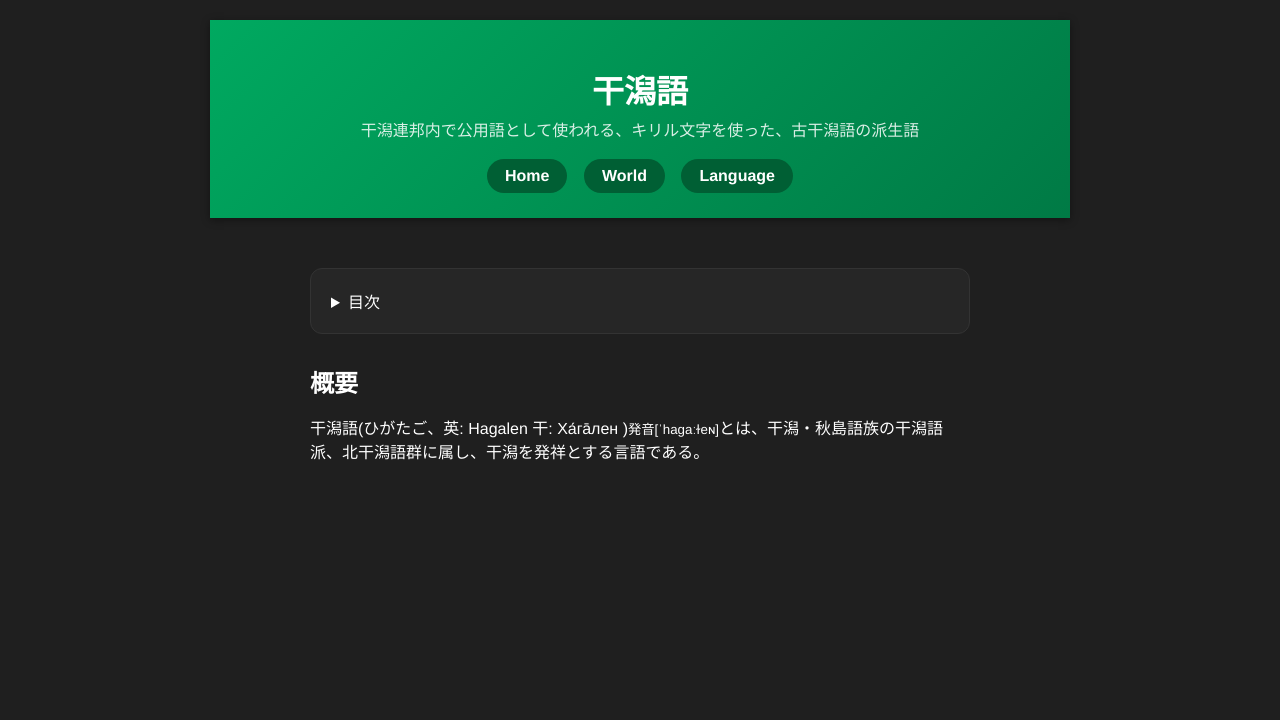
Repository: Player5270-antake/Player5270-antake.github.io
Page: language/hagalen/index.html
The author's editor kept a copy of each file at every save. The page is drawn from the files as they stood at one save, then again after the next save.
The browser window is 1280 px wide. The pictures show the whole page.

Above is the page before, as saved 2026-03-08 14:17:44.

### language/hagalen/index.html
<!DOCTYPE html>
<html lang="ja">
<head>
    <meta charset="UTF-8">
    <meta name="viewport" content="width=device-width, initial-scale=1.0">
    <title>干潟語 | あんたけのガレージセンター</title>
    <link rel="stylesheet" href="../../css/style.css">
</head>
<body>
    <div class="container">
        <header>
            <h1>干潟語</h1>
            <p>干潟連邦内で公用語として使われる、キリル文字を使った、古干潟語の派生語</p>
            <nav>
                <a href="../../">Home</a>
                <a href="../../world/">World</a>
                <a href="../">Language</a>
            </nav>
        </header>
        <main>
            <details class="toc">
                <summary>目次</summary>

                <ul>
                <li><a href="#overview">概要</a></li>
                <li><a href="#phonology">音韻</a></li>
                <li><a href="#writing">表記</a></li>
                <li><a href="#grammar">文法</a></li>
                <li><a href="#examples">例文</a></li>
                </ul>

                </details>
            <section class="overview">
                <h2>概要</h2>
                <p>干潟語(ひがたご、英: Hagalen 干: Ха́га̄лен )<small>発音[ˈhaɡaːɫeɴ]</small>とは、干潟・秋島語族の干潟語派、北干潟語群に属し、干潟を発祥とする言語である。</p>
            </section>
        </main>
    </div>
</body>
</html>

### css/style.css
/*全体設定*/
*{
    box-sizing:border-box;
}

body{
    background-color:#1f1f1f;
    color: white;
    font-family:'Helvetica Neue','Helvetica','Arial',sans-serif;
    margin:0;
}

html{
    scroll-behavior:smooth;
}

.container{
    max-width:900px;
    margin:0 auto;
    padding:20px;
}

/*ヘッダー設定*/
header{
    background: linear-gradient(135deg,#00a960,#007a45);
    padding:25px;
    text-align:center;
    position:sticky;
    top:0;
    z-index:1000;
    background:linear-gradient(135deg,#00a960,#007a45);
    box-shadow:0 2px 8px rgba(0,0,0,0.4);
}

header h1{
    margin-bottom:5px;
    font-size:32px;
}

header p{
    margin-top:0;
    opacity:0.85;
}

/*ヘッダーUI設定*/
nav{
    margin-top:18px;
}

nav a{
    text-decoration:none;
    color:white;
    background-color:#005f34;
    padding:8px 18px;
    margin:0 6px;
    border-radius:20px;
    font-weight:bold;
    display:inline-block;
}

nav a:hover{
    background-color:#004d2b;
    transform:translateY(-2px);
}

/*本文設定*/
main{
    padding:20px;
    margin-top:20px;
    max-width:700px;
    margin:auto;
}

section{
    margin-bottom:30px;
}

h2{
    margin-bottom:10px;
}

/*本文お知らせ設定*/
.news-list{
    list-style:none;
    padding:0;
    margin-top:10px;
}

.news-list li{
    background:#2a2a2a;
    padding:12px 15px;
    border-radius:8px;
    margin-bottom:10px;
}

.timeline time{
    font-weight:bold;
    color:#00d07a;
    min-width:100px;
}

.timeline li:hover{
    background:#2a2a2a;
}


/*本文UI設定*/
.cards{
    display:grid;
    grid-template-columns:repeat(auto-fit,minmax(250px,1fr));
    gap:20px;
    margin-top:15px;
}

.card{
    display:block;
    background:#2a2a2a;
    padding:20px;
    border-radius:12px;
    text-decoration:none;
    color:aliceblue;
    transition: transform 0.2s, background 0.2s;
    text-align:center;
    height:100%;
}


.card h3{
    margin-top:0;
    margin-bottom:8px;
}

.card:hover{
    background:#333;
    transform:translateY(-3px);
    box-shadow:0 6px 18px rgba(0,0,0,0.4);
}

.card-icon{
    font-size:28px;
    margin-bottom:8px;
}

/*フッター設定*/
footer{
    margin-top:40px;
    padding:25px;
    text-align:center;
    background:#181818;
    border-top:1px solid #333;
}

/*フッターUI設定*/
.footer-nav{
    margin-top:10px;
}

.footer-nav a{
    text-decoration:none;
    color:#aaa;
    margin:0 10px;
}

.footer-nav a:hover{
    color:white;
}

/*ページ目次欄*/
.toc{
    background:#262626;
    border:1px solid #333;
    border-radius:12px;
    padding:20px;
    margin:30px 0;
}

.toc h2{
    margin-top:0;
    margin-bottom:12px;
    font-size:20px;
}

.toc ul{
    list-style:none;
    padding:0;
    margin:0;
}

.toc li{
    margin:6px 0;
}

.toc a{
    display:block;
    padding:8px 10px;
    border-radius:6px;
    text-decoration:none;
    color:aliceblue;
    transition:0.2s;
}

.toc a:hover{
    background:#333;
    transform:translateX(4px);
}

.toc a::before{
    content:"▶ ";
    color:#888;
}

After the next save:
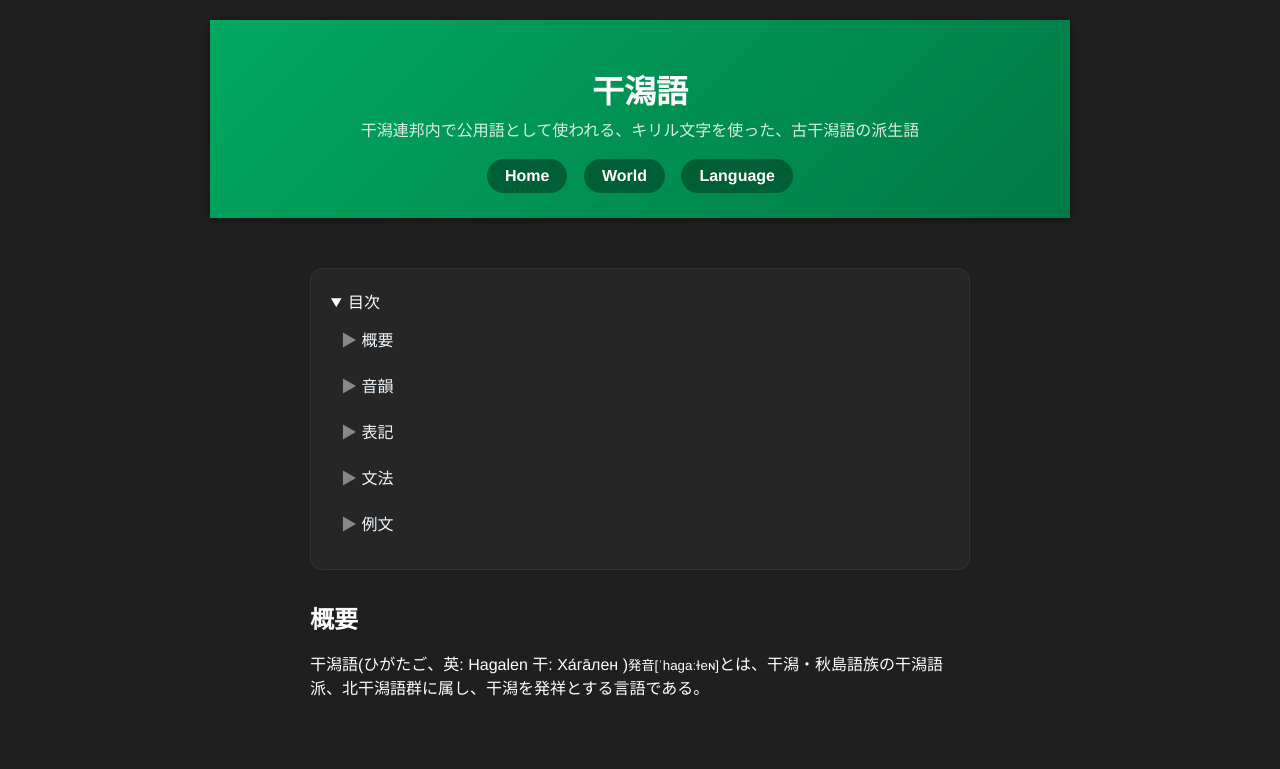
Saved 25 s later.
--- a/language/hagalen/index.html
+++ b/language/hagalen/index.html
@@ -18,7 +18,7 @@
             </nav>
         </header>
         <main>
-            <details class="toc">
+            <details class="toc" open>
                 <summary>目次</summary>
 
                 <ul>
